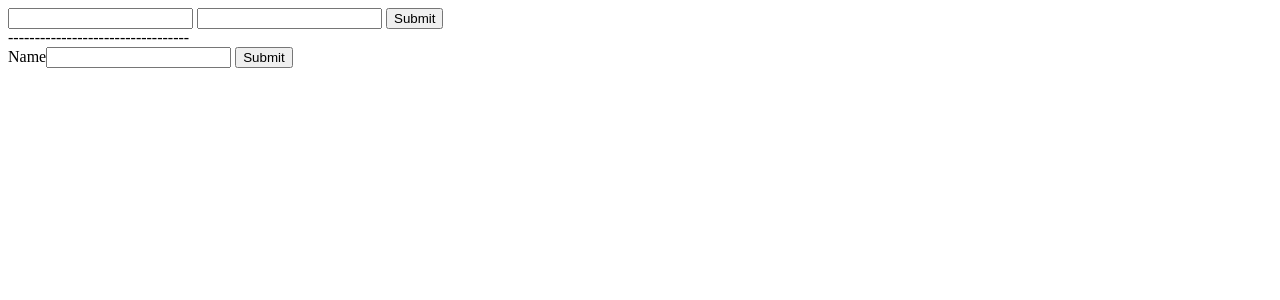
Repository: PriyatharsanD/SpringBoot
Page: http://localhost/AddFruit/add.jsp
These files come from the project's save history. The page is drawn as it stood at one moment and after the next save; the edit follows.
The browser window is 1280 px wide. The pictures show the whole page.
The page is served by Tomcat 9. Other server files are loaded and not shown.

Above is the page before, as saved 2024-10-10 07:47:05.

### AddFruit/src/main/webapp/add.jsp
<%@ page language="java" contentType="text/html; charset=UTF-8"
    pageEncoding="UTF-8"%>
<!DOCTYPE html>
<html>
<head>
<meta charset="UTF-8">
<title>Insert title here</title>
</head>
<body>
	<form action="addfruit">
		<input type="text" name="name">
		<input type="number" name="price">
		<input type="submit">
	</form>
	----------------------------------
	<form action="fetchfruit">
		Name<input type="text" name="name">
		<input type="submit">
	</form>
</body>
</html>

After the next save:
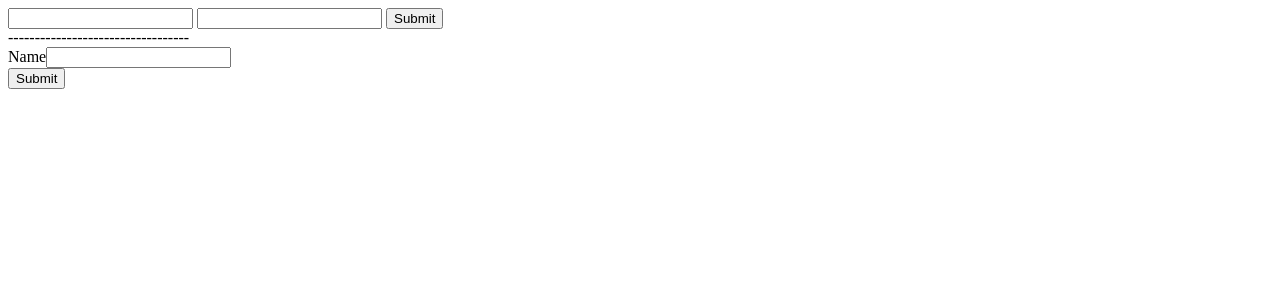
Saved 4 s later.
--- a/AddFruit/src/main/webapp/add.jsp
+++ b/AddFruit/src/main/webapp/add.jsp
@@ -14,7 +14,7 @@
 	</form>
 	----------------------------------
 	<form action="fetchfruit">
-		Name<input type="text" name="name">
+		Name<input type="text" name="name"><br>
 		<input type="submit">
 	</form>
 </body>
